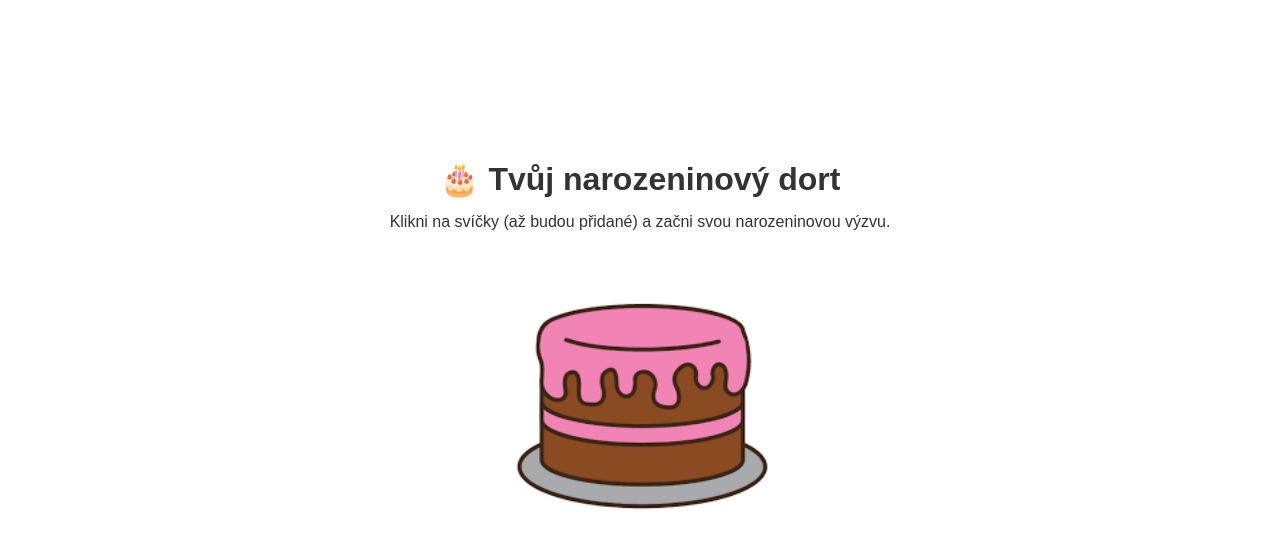
Repository: DanielMicka/darek
Page: html/cake.html
An editor plug-in stored every save of this project. The page is shown before and after a run of saves, followed by the edit.
The browser window is 1280 px wide. The pictures show the whole page.

Above is the page before, as saved 2026-06-13 18:00:29.

After the next 2 saves:
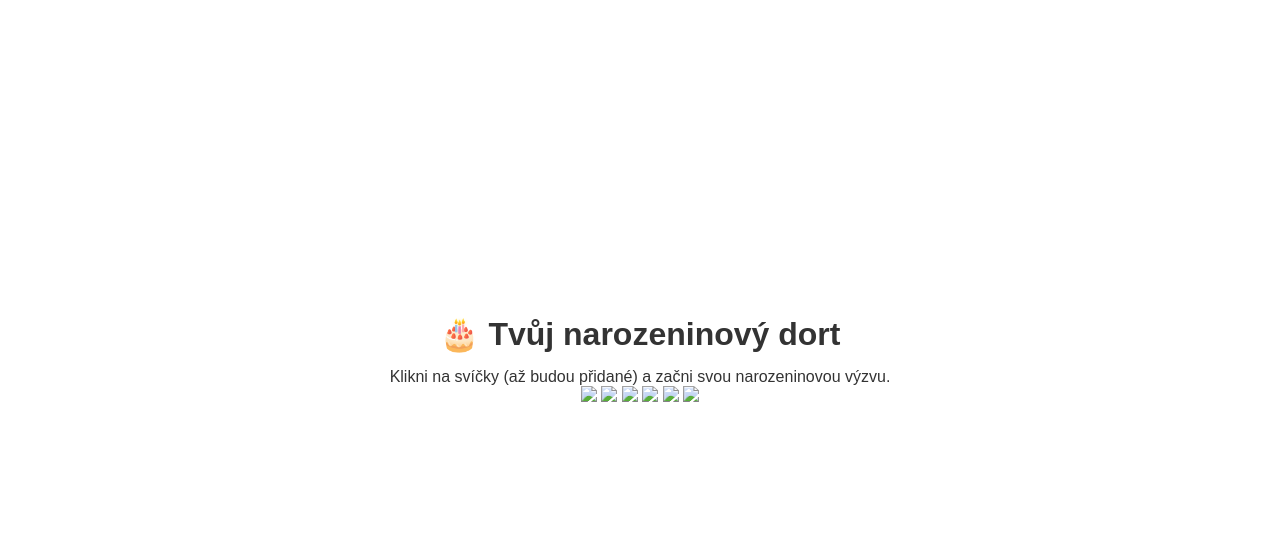
Not found: html/cake.png
Not found: html/candle_on.png
The 2 saves are shown as one change because they came seconds apart.
The last was saved 70 min 11 s later.
--- a/html/cake.html
+++ b/html/cake.html
@@ -1,25 +1,42 @@
 <!DOCTYPE html>
 <html lang="cs">
+
 <head>
     <meta charset="UTF-8">
     <title>Dort 🎂</title>
     <link rel="stylesheet" href="styles.css">
 </head>
+
 <body>
 
-<div class="container fade">
+    <div class="container fade">
 
-    <h2>🎂 Tvůj narozeninový dort</h2>
+        <h2>🎂 Tvůj narozeninový dort</h2>
 
-    <p>Klikni na svíčky (až budou přidané) a začni svou narozeninovou výzvu.</p>
+        <p>Klikni na svíčky (až budou přidané) a začni svou narozeninovou výzvu.</p>
 
-    <div style="position: relative; display: inline-block; margin-top: 25px;">
-        <img src="/cake.png" alt="Dort" style="width: 300px;">
+        <div class="cake-wrapper">
+            <img src="cake.png" class="cake">
 
-        <!-- sem později přidáme svíčky -->
+            <!-- Svíčka 1 -->
+            <img src="candle_on.png" class="candle c1" data-id="1">
+
+            <!-- Svíčka 2 -->
+            <img src="candle_on.png" class="candle c2" data-id="2">
+
+            <!-- Svíčka 3 -->
+            <img src="candle_on.png" class="candle c3" data-id="3">
+
+            <!-- Svíčka 4 -->
+            <img src="candle_on.png" class="candle c4" data-id="4">
+
+            <!-- Svíčka 5 -->
+            <img src="candle_on.png" class="candle c5" data-id="5">
+        </div>
+
+
     </div>
 
-</div>
+</body>
 
-</body>
 </html>
